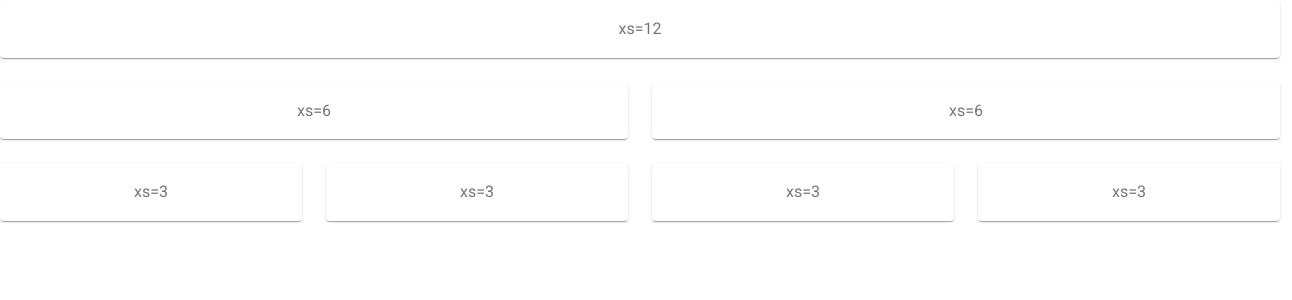
Repository: cherguiyacine/gitHubSearch
Page: /
An editor plug-in stored every save of this project. The page is shown before and after the next save, followed by the edit.
The browser window is 1280 px wide. The page is 1292 px wide, so the pictures cover 1292 px, including what lies to the right of the window. The pictures show the whole page.
The project was rebuilt for these pictures with package versions that can differ from the ones it lists, and the page was loaded fresh each time. Also part of the build but not shown: src/Component/Layout/Navbar.js, src/Component/Users/UserItem.js, src/Component/Layout/Spinner.js, src/Component/Users/Users.js, src/Component/Users/Search.js, src/App.js.

Above is the page before, as saved 2019-11-21 23:49:08.

After the next save:
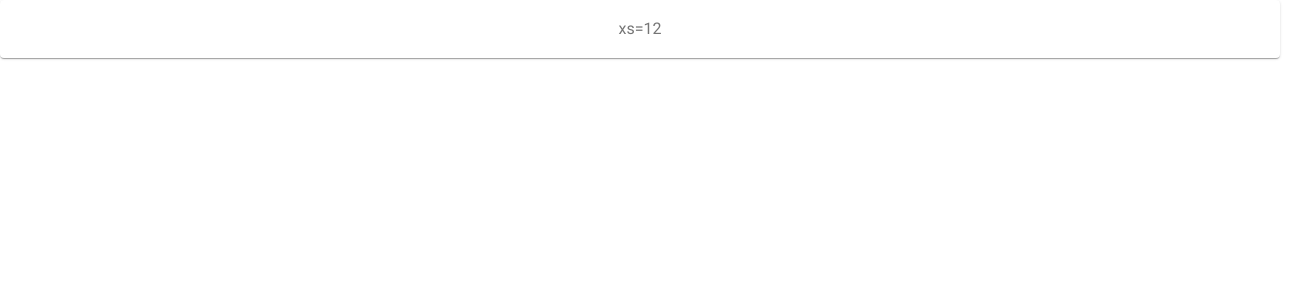
Saved 49 s later.
--- a/src/Authentification.js
+++ b/src/Authentification.js
@@ -23,24 +23,6 @@ export default function CenteredGrid() {
         <Grid item xs={12}>
           <Paper className={classes.paper}>xs=12</Paper>
         </Grid>
-        <Grid item xs={6}>
-          <Paper className={classes.paper}>xs=6</Paper>
-        </Grid>
-        <Grid item xs={6}>
-          <Paper className={classes.paper}>xs=6</Paper>
-        </Grid>
-        <Grid item xs={3}>
-          <Paper className={classes.paper}>xs=3</Paper>
-        </Grid>
-        <Grid item xs={3}>
-          <Paper className={classes.paper}>xs=3</Paper>
-        </Grid>
-        <Grid item xs={3}>
-          <Paper className={classes.paper}>xs=3</Paper>
-        </Grid>
-        <Grid item xs={3}>
-          <Paper className={classes.paper}>xs=3</Paper>
-        </Grid>
       </Grid>
     </div>
   );
